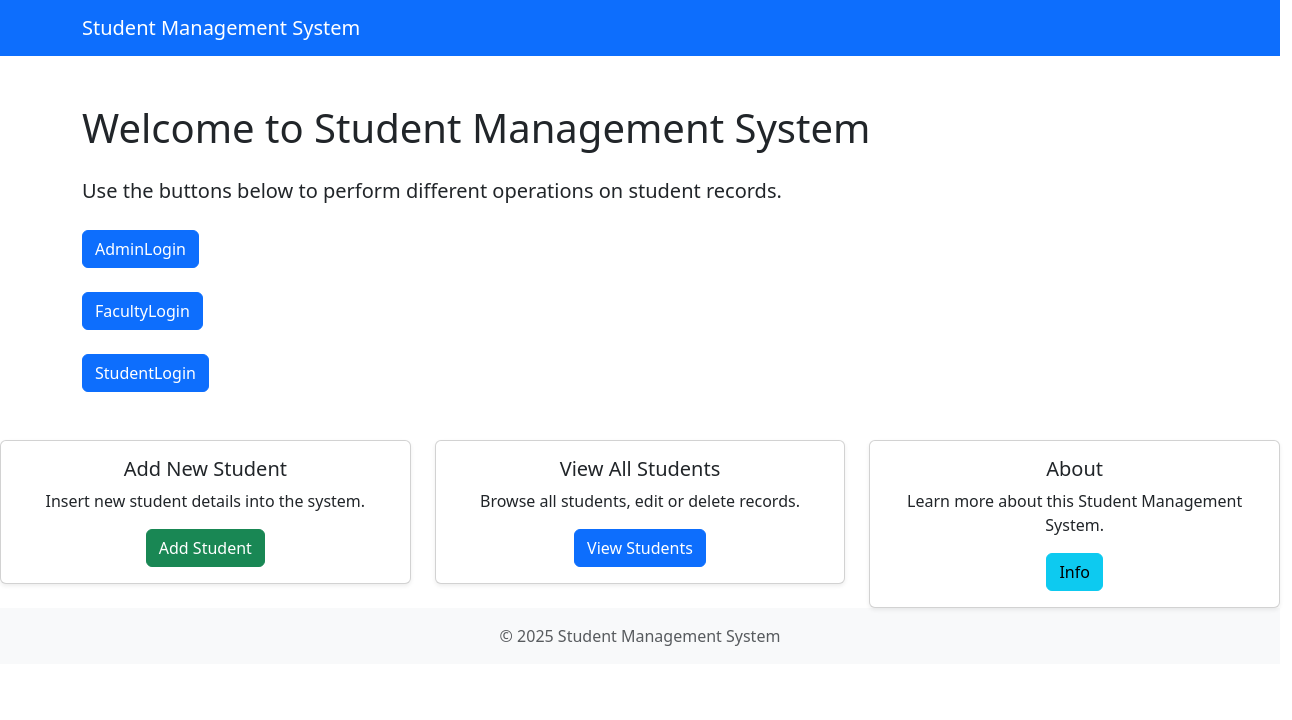
Repository: BorudePiyush/StudentMANAGEMENTSystem-using-java
Page: http://localhost/Student_management_systems/
An editor plug-in stored every save of this project. The page is shown before and after the next save, followed by the edit.
The browser window is 1280 px wide. The page is 1292 px wide, so the pictures cover 1292 px, including what lies to the right of the window. The pictures show the whole page.
The page is served by Tomcat 10. Other server files are loaded and not shown.

Above is the page before, as saved 2025-06-07 07:00:41.

### Student management systems/src/main/webapp/index.html
<!DOCTYPE html>
<html lang="en">
<head>
<meta charset="ISO-8859-1">
 <meta charset="UTF-8" />
  <meta name="viewport" content="width=device-width, initial-scale=1" />
  <title>Student Management System - Dashboard</title>
  <link
    href="https://cdn.jsdelivr.net/npm/bootstrap@5.3.2/dist/css/bootstrap.min.css"
    rel="stylesheet"
  />
</head>
<body>
  <nav class="navbar navbar-expand-lg navbar-dark bg-primary">
    <div class="container">
      <a class="navbar-brand" href="#">Student Management System</a>
    </div>
  </nav>

  <div class="container mt-5">
    <h1 class="mb-4">Welcome to Student Management System</h1>
    <p class="lead">
      Use the buttons below to perform different operations on student records.
    </p>
    </div>

<div class="container mt-4">
    <a href="AdminLogin" class="btn btn-primary">AdminLogin</a>
    </div>
    <div class="container mt-4">
    <a href="FacultyLogin" class="btn btn-primary">FacultyLogin</a>
    </div>
    <div class="container mt-4">
    <a href="StudentLogin" class="btn btn-primary">StudentLogin</a>
    </div>


    <div class="row g-4 mt-4">
      <div class="col-md-4">
        <div class="card shadow-sm">
          <div class="card-body text-center">
            <h5 class="card-title">Add New Student</h5>
            <p class="card-text">Insert new student details into the system.</p>
            <a href="AddStudent.jsp" class="btn btn-success">Add Student</a>
          </div>
        </div>
      </div>

      <div class="col-md-4">
        <div class="card shadow-sm">
          <div class="card-body text-center">
            <h5 class="card-title">View All Students</h5>
            <p class="card-text">Browse all students, edit or delete records.</p>
            <a href="ViewStudentsServlet" class="btn btn-primary">View Students</a>
          </div>
        </div>
      </div>

      <div class="col-md-4">
        <div class="card shadow-sm">
          <div class="card-body text-center">
            <h5 class="card-title">About</h5>
            <p class="card-text">Learn more about this Student Management System.</p>
            <a href="#" class="btn btn-info" onclick="alert('This is a simple Java Servlet + JSP Student Management System project.')">Info</a>
          </div>
        </div>
      </div>
    </div>
  </div>

  <footer class="footer mt-auto py-3 bg-light text-center">
    <div class="container">
      <span class="text-muted">&copy; 2025 Student Management System</span>
    </div>
  </footer>

</body>
</html>

After the next save:
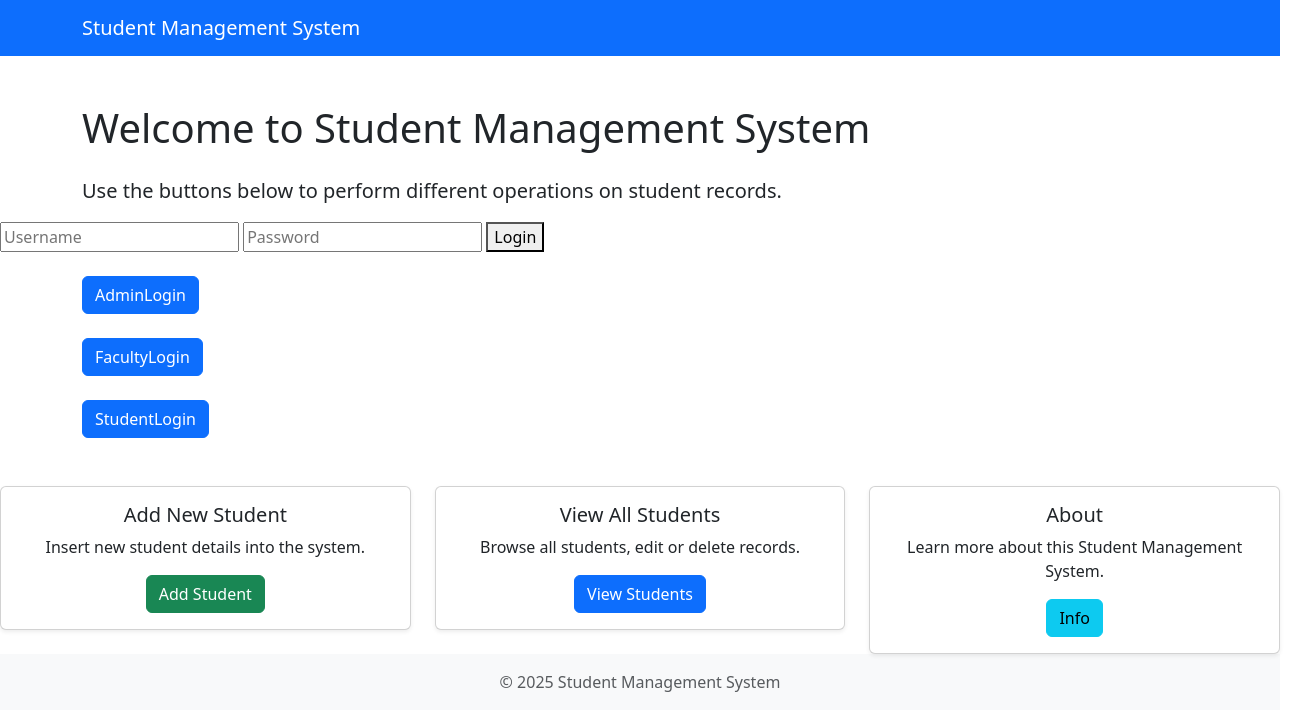
Saved 52 s later.
--- a/Student management systems/src/main/webapp/index.html
+++ b/Student management systems/src/main/webapp/index.html
@@ -23,6 +23,11 @@
       Use the buttons below to perform different operations on student records.
     </p>
     </div>
+    <form action="AdminLogin" method="post">
+  <input type="text" name="username" required placeholder="Username" />
+  <input type="password" name="password" required placeholder="Password" />
+  <button type="submit">Login</button>
+</form>
 
 <div class="container mt-4">
     <a href="AdminLogin" class="btn btn-primary">AdminLogin</a>
